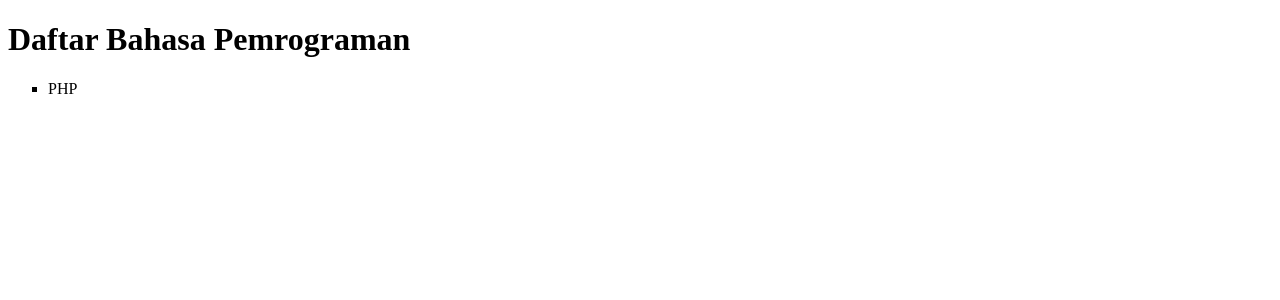
Repository: AHSANS354/tugas-sib5
Page: list.html
These files come from the project's save history. The page is drawn as it stood at one moment and after the next save; the edit follows.
The browser window is 1280 px wide. The pictures show the whole page.

Above is the page before, as saved 2023-08-18 13:26:05.

After the next save:
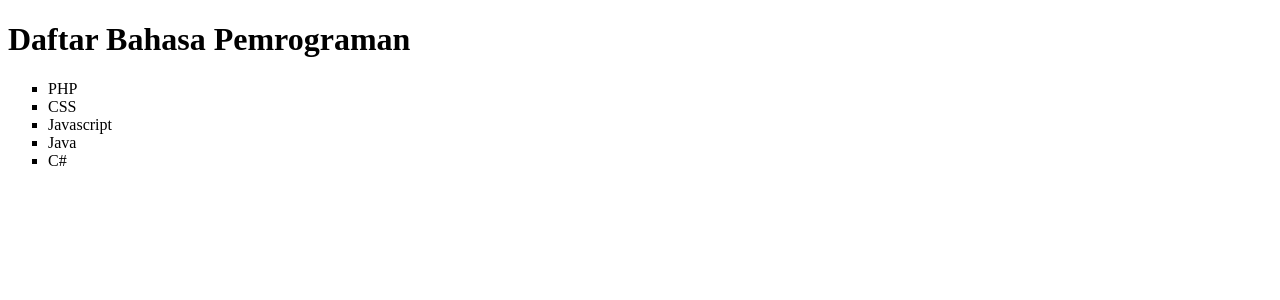
Saved 89 s later.
--- a/list.html
+++ b/list.html
@@ -9,6 +9,10 @@
     <h1>Daftar Bahasa Pemrograman</h1>
     <ul type="square">
       <li>PHP</li>
+      <li>CSS</li>
+      <li>Javascript</li>
+      <li>Java</li>
+      <li>C#</li>
     </ul>
   </body>
 </html>
